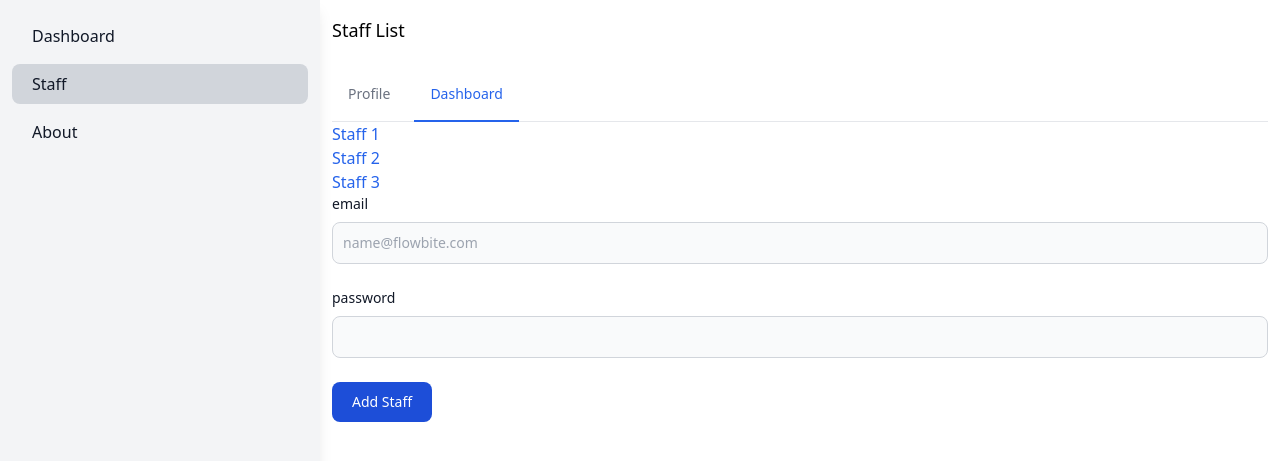
Repository: daohuyhoang9119/React-Router-6.4--Practice
Page: /staff
The author's editor kept a copy of each file at every save. The page is drawn from the files as they stood at one save, then again after the next save.
The browser window is 1280 px wide. The pictures show the whole page.
The project was rebuilt for these pictures with package versions that can differ from the ones it lists, and the page was loaded fresh each time. Also part of the build but not shown: src/pages/About/About.tsx, src/pages/Dashboard/Dashboard.tsx, src/components/StaffItem/StaffItem.tsx.

Above is the page before, as saved 2022-11-07 20:13:26.

### src/App.tsx
import AddStaff from 'components/AddStaff'
import MainLayout from 'layouts/MainLayout'
import About from 'pages/About'
import Dashboard from 'pages/Dashboard'
import StaffList from 'pages/StaffList'
import { Route, Routes } from 'react-router-dom'
import StaffItem from './components/StaffItem/StaffItem'

function App() {
  return (
    <div className='App'>
      <MainLayout>
        <Routes>
          <Route path='/' element={<Dashboard />} />
          <Route path='/about' element={<About />} />
          <Route path='/staff' element={<StaffList />} />
          <Route path='/staff/:id' element={<StaffItem />} />
          <Route path='/staff/add' element={<AddStaff />} />
        </Routes>
      </MainLayout>
    </div>
  )
}

export default App

### src/components/AddStaff/index.ts
import AddStaff from './AddStaff'

export default AddStaff

### src/pages/StaffList/index.ts
import StaffList from './StaffList'

export default StaffList

### src/components/AddStaff/AddStaff.tsx
export default function AddStaff() {
  return (
    <form>
      <div className='mb-6'>
        <label htmlFor='email' className='mb-2 block text-sm font-medium text-gray-900 '>
          email
        </label>
        <input
          type='email'
          id='email'
          className='block w-full rounded-lg border border-gray-300 bg-gray-50 p-2.5 text-sm text-gray-900 focus:border-blue-500 focus:ring-blue-500 '
          placeholder='name@flowbite.com'
          required
        />
      </div>
      <div className='mb-6'>
        <label htmlFor='password' className='mb-2 block text-sm font-medium text-gray-900 '>
          password
        </label>
        <input
          type='password'
          id='password'
          className='block w-full rounded-lg border border-gray-300 bg-gray-50 p-2.5 text-sm text-gray-900 focus:border-blue-500 focus:ring-blue-500 '
          required
        />
      </div>

      <button
        type='submit'
        className='w-full rounded-lg bg-blue-700 px-5 py-2.5 text-center text-sm font-medium text-white hover:bg-blue-800 focus:outline-none focus:ring-4 focus:ring-blue-300  sm:w-auto'
      >
        Add Staff
      </button>
    </form>
  )
}

### src/layouts/MainLayout/MainLayout.tsx
import React from 'react'
import { Route, Link, NavLink } from 'react-router-dom'

interface Props {
  children?: React.ReactNode
}
export default function MainLayout({ children }: Props) {
  return (
    <div className='grid min-h-screen grid-cols-4'>
      <aside className='col-span-1' aria-label='Sidebar'>
        <div className='h-full overflow-y-auto bg-gray-100 py-4 px-3 shadow-lg'>
          <ul className='space-y-2'>
            <li>
              <NavLink
                to='/'
                end
                // className='flex items-center rounded-lg bg-gray-300 p-2 text-base font-normal text-gray-900 hover:bg-gray-300'
                className={({ isActive }) => {
                  const activeClass = isActive ? 'bg-gray-300 font-bold' : ''
                  return `flex items-center rounded-lg ${activeClass} p-2 text-base font-normal text-gray-900 hover:bg-gray-300`
                }}
              >
                <span className='ml-3'>Dashboard</span>
              </NavLink>
            </li>
            <li>
              <NavLink
                to='/staff'
                className={({ isActive }) => {
                  const activeClass = isActive ? 'bg-gray-300 font-bold' : ''
                  return `flex items-center rounded-lg ${activeClass} p-2 text-base font-normal text-gray-900 hover:bg-gray-300`
                }}
              >
                <span className='ml-3'>Staff</span>
              </NavLink>
            </li>
            <li>
              <NavLink
                to='/about'
                className={({ isActive }) => {
                  const activeClass = isActive ? 'bg-gray-300 font-bold' : ''
                  return `flex items-center rounded-lg ${activeClass} p-2 text-base font-normal text-gray-900 hover:bg-gray-300`
                }}
              >
                <span className='ml-3'>About</span>
              </NavLink>
            </li>
          </ul>
        </div>
      </aside>
      <main className='col-span-3 h-full py-4 px-3'>{children}</main>
    </div>
  )
}

### src/pages/StaffList/StaffList.tsx
import AddStaff from 'components/AddStaff'
import { Link } from 'react-router-dom'
export default function StaffList() {
  return (
    <div>
      <h1 className='mb-6 text-lg'>Staff List</h1>
      <div className='border-b border-gray-200 text-center text-sm font-medium text-gray-500  '>
        <ul className='-mb-px flex flex-wrap'>
          <li className='mr-2'>
            <a
              href='#'
              className='inline-block rounded-t-lg border-b-2 border-transparent p-4 hover:border-gray-300 hover:text-gray-600 '
            >
              Profile
            </a>
          </li>
          <li className='mr-2'>
            <a
              href='#'
              className='active inline-block rounded-t-lg border-b-2 border-blue-600 p-4 text-blue-600 '
              aria-current='page'
            >
              Dashboard
            </a>
          </li>
        </ul>
      </div>

      <ul>
        <li>
          <Link to='/staff/1' className='font-medium text-blue-600 hover:underline dark:text-blue-500'>
            Staff 1
          </Link>
        </li>
        <li>
          <Link to='/staff/2' className='font-medium text-blue-600 hover:underline dark:text-blue-500'>
            Staff 2
          </Link>
        </li>
        <li>
          <Link to='/staff/3' className='font-medium text-blue-600 hover:underline dark:text-blue-500'>
            Staff 3
          </Link>
        </li>
      </ul>
      <AddStaff />
    </div>
  )
}

Loaded but not shown: public/index.html (common file); src/index.tsx (common file); src/index.css (common file); src/reportWebVitals.ts (common file); src/layouts/MainLayout/index.ts (common file); src/pages/About/index.ts (common file); src/pages/Dashboard/index.ts (common file); tailwind.config.js (common file)

After the next save:
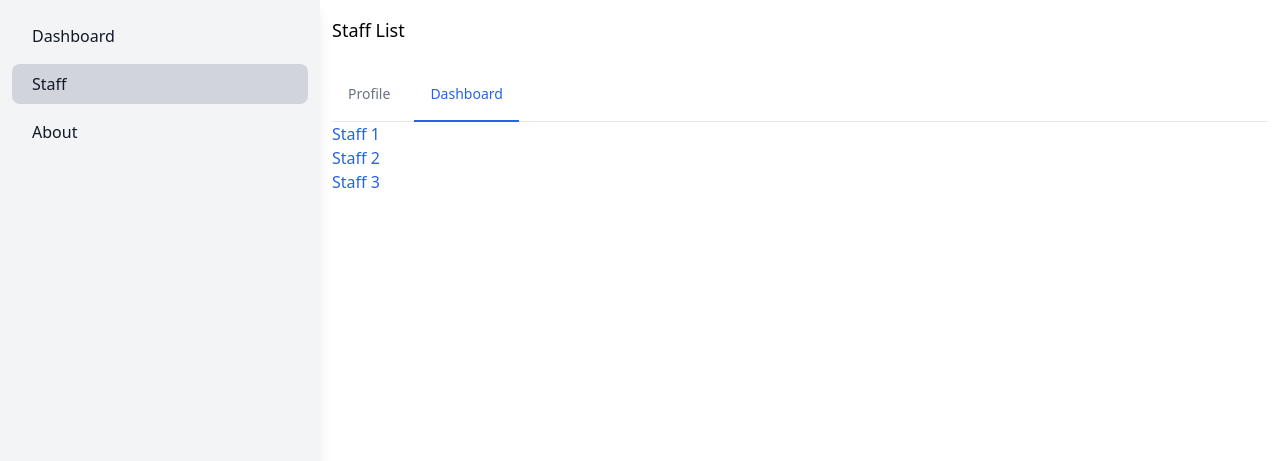
Saved 15 s later.
--- a/src/pages/StaffList/StaffList.tsx
+++ b/src/pages/StaffList/StaffList.tsx
@@ -43,7 +43,7 @@ export default function StaffList() {
           </Link>
         </li>
       </ul>
-      <AddStaff />
+      {/* <AddStaff /> */}
     </div>
   )
 }
